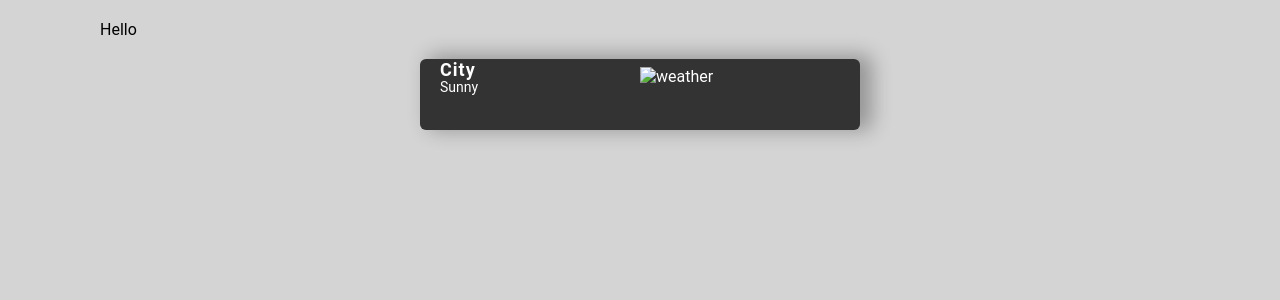
Repository: sedat-akdogan/React_Weather
Page: / (app in london_weather/)
These files come from the project's save history. The page is drawn as it stood at one moment and after the next save; the edit follows.
The browser window is 1280 px wide. The pictures show the whole page.
The project was rebuilt for these pictures with package versions that can differ from the ones it lists, and the page was loaded fresh each time.

Above is the page before, as saved 2023-07-09 17:47:03.

After the next save:
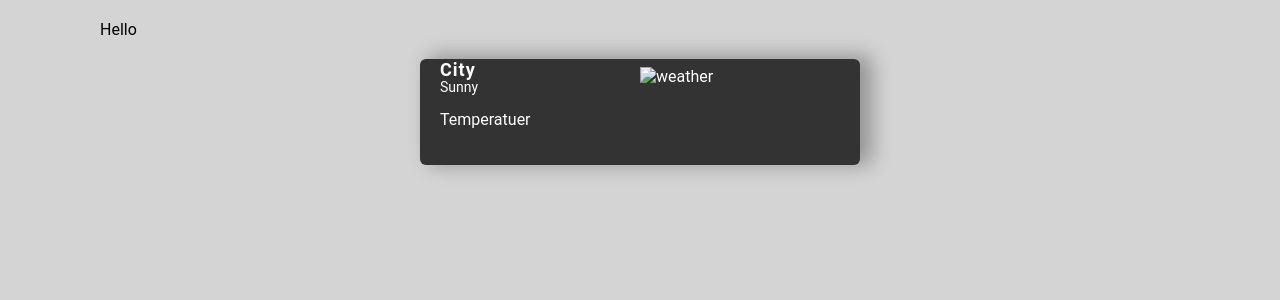
Saved 9 s later.
--- a/london_weather/src/components/current-weather/current-weather.js
+++ b/london_weather/src/components/current-weather/current-weather.js
@@ -12,7 +12,7 @@ const CurrentWeather = () => {
                 <img src="" alt="weather" className="weather-icon" />
             </div>
             <div className="bottom">
-                <p className="temperature"></p>
+                <p className="temperature">Temperatuer</p>
             </div>
         </div>
     );
